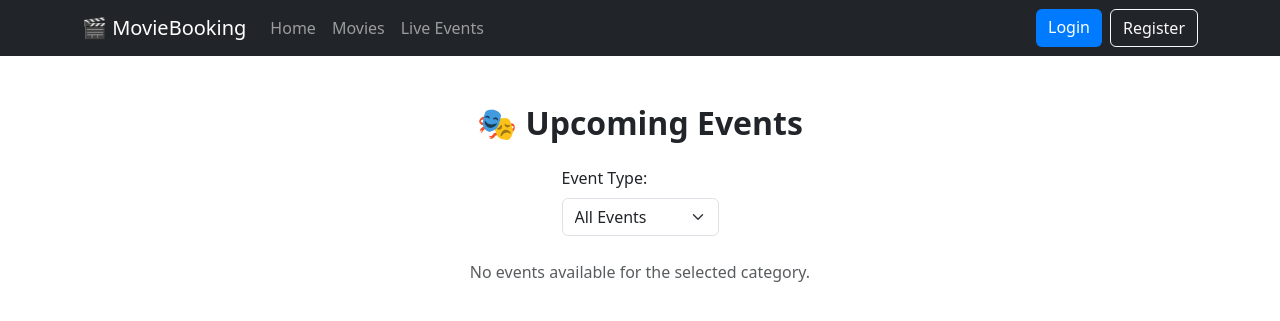
Repository: AshwinUgale/MovieBookingFrontend
Page: /events
The author's editor kept a copy of each file at every save. The page is drawn from the files as they stood at one save, then again after the next save.
The browser window is 1280 px wide. The pictures show the whole page.
The page's requests for data from a server got no answer. The project was rebuilt for these pictures with package versions that can differ from the ones it lists, and the page was loaded fresh each time. No one was signed in, and anything a server would have sent is missing. Also part of the build but not shown: src/components/HeroSection.js, src/components/TrendingMovies.js, src/components/CallToAction.js, src/components/TrendingEvents.js, src/pages/HomePage.js, src/pages/LoginPage.js, src/pages/RegisterPage.js, src/pages/DashboardPage.js and 10 more.

Above is the page before, as saved 2025-03-01 19:22:08.

### src/index.js
import React from 'react';
import ReactDOM from 'react-dom/client';
import 'bootstrap/dist/css/bootstrap.min.css';


import App from './App';


const root = ReactDOM.createRoot(document.getElementById('root'));
root.render(
  <React.StrictMode>
    <App />
  </React.StrictMode>
);

### src/App.js
import { BrowserRouter as Router, Routes, Route } from "react-router-dom";
import HomePage from "./pages/HomePage";
import LoginPage from "./pages/LoginPage";
import RegisterPage from "./pages/RegisterPage";
import DashboardPage from "./pages/DashboardPage";
import PrivateRoute from "./utils/PrivateRoute";
import MovieList from "./pages/MovieList";
import ShowtimesPage from "./pages/ShowtimesPage";
import AdminMoviePage from "./pages/AdminMoviePage";
import AdminShowtimePage from "./pages/AdminShowtimePage";
import ShowtimePage from "./pages/ShowtimePage";
import PaymentPage from "./pages/PaymentPage";
import BookingHistoryPage from "./pages/BookingHistoryPage";
import CustomNavbar from "./components/Navbar";
import AuthProvider from "./context/AuthContext";
import Events from "./pages/Events";


function App() {
  return (
    <AuthProvider>
    <Router>
      <CustomNavbar/>
      <Routes>
        {/* Public Routes */}
        <Route path="/" element={<HomePage />} />
        <Route path="/login" element={<LoginPage />} />
        <Route path="/register" element={<RegisterPage />} />
        <Route path="/movies" element={<MovieList />} />  {/* ✅ Updated path */}
        <Route path="/events" element={<Events />} />
        <Route path="/showtimes/:movieId" element={<ShowtimesPage />} />  {/* ✅ Updated path */}
        <Route path="/showtime/:showtimeId" element={<ShowtimePage />} />
        <Route path="/payment/:bookingId" element={<PaymentPage />} />

        {/* Protected Routes */}
        <Route path="/dashboard" element={<PrivateRoute component={DashboardPage} />} />
        <Route path="/admin/movies" element={<PrivateRoute component={AdminMoviePage} />} />
        <Route path="/admin/showtimes" element={<PrivateRoute component={AdminShowtimePage} />} />
        <Route path="/bookings" element={<PrivateRoute component={BookingHistoryPage} />} />
      </Routes>
    </Router>
    </AuthProvider>
  );
}

export default App;

### src/components/Navbar.js
import { Link } from "react-router-dom";
import { useContext } from "react";
import { AuthContext } from "../context/AuthContext"; // ✅ Import AuthContext
import { Navbar, Nav, Container, Button } from "react-bootstrap"; // ✅ Import Bootstrap components

const CustomNavbar = () => {
    const { isAuthenticated, logout } = useContext(AuthContext); // ✅ Use authentication state

    return (
        <Navbar bg="dark" variant="dark" expand="lg">
            <Container>
                <Navbar.Brand as={Link} to="/">🎬 MovieBooking</Navbar.Brand>
                <Navbar.Toggle aria-controls="basic-navbar-nav" />
                <Navbar.Collapse id="basic-navbar-nav">
                    <Nav className="me-auto">
                        <Nav.Link as={Link} to="/">Home</Nav.Link>
                        <Nav.Link as={Link} to="/movies">Movies</Nav.Link>
                        <Nav.Link as={Link} to="/events">Live Events</Nav.Link>
                        {isAuthenticated && <Nav.Link as={Link} to="/bookings">My Bookings</Nav.Link>}
                    </Nav>
                    <Nav>
                        {!isAuthenticated ? (
                            <>
                                <Button variant="primary" as={Link} to="/login" className="mx-2">Login</Button>
                                <Button variant="outline-light" as={Link} to="/register">Register</Button>
                            </>
                        ) : (
                            <Button variant="outline-light" onClick={logout}>Logout</Button>
                        )}
                    </Nav>
                </Navbar.Collapse>
            </Container>
        </Navbar>
    );
};

export default CustomNavbar;

### src/context/AuthContext.js
import { createContext, useState, useEffect } from "react";

export const AuthContext = createContext();

const AuthProvider = ({ children }) => {
    const [isAuthenticated, setIsAuthenticated] = useState(!!localStorage.getItem("token"));

    useEffect(() => {
        const handleStorageChange = () => {
            setIsAuthenticated(!!localStorage.getItem("token"));
        };

        window.addEventListener("storage", handleStorageChange);

        return () => {
            window.removeEventListener("storage", handleStorageChange);
        };
    }, []);

    const login = (token) => {
        localStorage.setItem("token", token);
        setIsAuthenticated(true);
    };

    const logout = () => {
        localStorage.removeItem("token");
        setIsAuthenticated(false);
    };

    return (
        <AuthContext.Provider value={{ isAuthenticated, login, logout }}>
            {children}
        </AuthContext.Provider>
    );
};

export default AuthProvider;

### src/pages/Events.js
import React, { useEffect, useState } from "react";
import { fetchEvents } from "../services/api";

const Events = () => {
  const [eventType, setEventType] = useState(""); // No default category
  const [events, setEvents] = useState([]);
  const [loading, setLoading] = useState(true);
  const [error, setError] = useState(null);

  // Fetch events when eventType changes
  useEffect(() => {
    const getEvents = async () => {
      setLoading(true);
      setError(null);

      try {
        console.log(`🎯 Fetching events for category: ${eventType || "All"}`);

        const data = await fetchEvents(eventType?.toLowerCase() || ""); // ✅ Pass category to API
        console.log("📩 Received Data:", data);

        // Remove duplicate events based on event.id
        const uniqueEvents = Array.from(
          new Map(data.map((event) => [event.id, event])).values()
        );

        setEvents(uniqueEvents);
      } catch (err) {
        console.error("❌ Error fetching events:", err);
        setError("Failed to fetch events. Please try again later.");
      }
      setLoading(false);
    };

    getEvents();
  }, [eventType]); // ✅ Fetch new events when eventType changes


  return (
    <div className="container mt-5">
      <h2 className="text-center fw-bold mb-4">🎭 Upcoming Events</h2>

      {/* Event Type Filter */}
      <div className="filters mb-4 d-flex justify-content-center gap-3">
        <div>
          <label htmlFor="eventTypeSelect" className="form-label">Event Type:</label>
          <select
            id="eventTypeSelect"
            value={eventType}
            onChange={(e) => setEventType(e.target.value.toLowerCase())} // Ensure lowercase
            className="form-select"
          >
            <option value="">All Events</option> {/* Fetch all events if no category selected */}
            <option value="music">Music</option>
            <option value="sports">Sports</option>
            <option value="theatre">Theatre</option>
            <option value="film">Film</option>
            <option value="miscellaneous">Miscellaneous</option>
          </select>
        </div>
      </div>

      {loading && <div className="text-center fs-4 fw-bold mt-4">Loading Events...</div>}
      {error && <div className="text-center text-danger mt-4">{error}</div>}

      {!loading && !error && (
        <div className="row g-4 justify-content-center">
          {events.length > 0 ? (
            events.map((event) => (
              <div key={event.id} className="col-12 col-sm-6 col-md-4 col-lg-3">
                <div className="card event-card shadow-lg border-0">
                  {/* Event Image */}
                  <div className="event-image-container">
                    <img
                      src={
                        event.images?.find((img) => img.ratio === "16_9")?.url ||
                        event.images?.[0]?.url ||
                        "/fallback-event.jpg"
                      }
                      alt={event.name}
                      className="card-img-top event-image"
                      onError={(e) => {
                        e.target.src = "/fallback-event.jpg"; // Better fallback handling
                      }}
                    />
                  </div>
                  {/* Event Details */}
                  <div className="card-body text-center">
                    <h6 className="card-title">{event.name}</h6>
                    <p className="card-text small">📍 {event._embedded?.venues?.[0]?.name || "Venue TBA"}</p>
                    <p className="card-text small">🗓 {event.dates?.start?.localDate || "Date TBA"}</p>
                    <p className="card-text small">⏰ {event.dates?.start?.localTime || "Time TBA"}</p>
                    <a
                      href={event.url}
                      target="_blank"
                      rel="noopener noreferrer"
                      className="btn btn-primary btn-sm w-100"
                    >
                      View Details
                    </a>
                  </div>
                </div>
              </div>
            ))
          ) : (
            <p className="text-center text-muted col-12">No events available for the selected category.</p>
          )}
        </div>
      )}
    </div>
  );
};

// Inject CSS Directly into the Page
const eventStyles = `
  .event-card {
    border-radius: 10px;
    overflow: hidden;
    transition: transform 0.2s ease-in-out;
  }
  .event-card:hover {
    transform: scale(1.03);
  }
  .event-image-container {
    height: 180px;
    display: flex;
    align-items: center;
    justify-content: center;
    background: #f0f0f0;
  }
  .event-image {
    width: 100%;
    height: 100%;
    object-fit: cover;
  }
  .btn-primary {
    background-color: #007bff;
    border: none;
    transition: background 0.3s ease;
  }
  .btn-primary:hover {
    background-color: #0056b3;
  }
`;

const styleTag = document.createElement("style");
styleTag.innerHTML = eventStyles;
document.head.appendChild(styleTag);

export default Events;

### src/services/api.js
import axios from "axios";

const api = axios.create({
  baseURL: "http://localhost:5000/api",
  headers: {
    "Content-Type": "application/json",
  },
});


api.interceptors.request.use((config) => {
  const token = localStorage.getItem("token");
  if (token) {
    config.headers.Authorization = `Bearer ${token}`;
  }
  return config;
});

export const fetchMovies = async () => {
  const response = await api.get("/movies");
  return response.data;
};


export const fetchShowtimes = async (movieId) => {
  const response = await api.get(`/showtimes?movie=${movieId}`);
  return response.data;
};

export const addMovie = async (movieData) => {
  const token = localStorage.getItem("token");
  const response = await api.post("/movies", movieData, {
    headers: { Authorization: `Bearer ${token}` },
  });
  return response.data;
};

export const addShowtime = async (showtimeData) => {
  const token = localStorage.getItem("token");
  const response = await api.post("/showtimes", showtimeData, {
    headers: { Authorization: `Bearer ${token}` },
  });
  return response.data;
};


export const fetchSeats = async (showtimeId) => {
  try {
    const response = await api.get(`/showtimes/${showtimeId}`);
    return response.data.availableSeats;
  } catch (error) {
    console.error("Error fetching seats:", error);
    throw error;
  }
};


export const bookSeats = async (showtimeId, seats) => {
  try {
    const response = await api.post("/bookings", { showtimeId, seats });
    return response.data;
  } catch (error) {
    console.error("Error booking seats:", error);
    throw error;
  }
};

export const mockPayment = async (bookingId) => {
  try {
      const response = await api.post("/payments/pay", { bookingId });
      return response.data;
  } catch (error) {
      console.error("Error processing mock payment:", error);
      throw error;
  }
};

export const fetchBookingHistory = async () => {
  try {
      const response = await api.get("/bookings/history");  // GET request
      return response.data;
  } catch (error) {
      console.error("Error fetching booking history:", error);
      throw error;
  }
};


export const cancelBooking = async (bookingId) => {
  try {
      const response = await api.delete(`/bookings/${bookingId}`); // DELETE request
      return response.data;
  } catch (error) {
      console.error("Error canceling booking:", error);
      throw error;
  }
};

export const fetchEvents = async (category = "") => {
  try {
    // Construct the API URL with category filter
    const url = category ? `/ticketmaster/events?category=${category}` : "/ticketmaster/events";

    console.log("🔍 Fetching events from:", url); // Debugging API request URL

    const response = await api.get(url);

    console.log("✅ Received Events Data:", response.data); // Debugging API response

    return response.data;
  } catch (error) {
    console.error("❌ Error fetching live events:", error.response?.data || error.message);
    return [];
  }
};



export default api;

Loaded but not shown: public/index.html (common file)

After the next save:
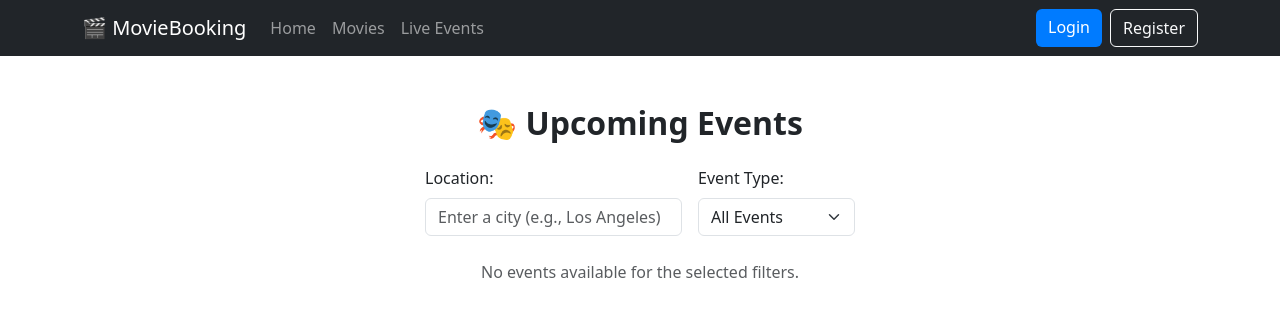
Saved 15 min 48 s later.
--- a/src/pages/Events.js
+++ b/src/pages/Events.js
@@ -3,54 +3,72 @@ import { fetchEvents } from "../services/api";
 
 const Events = () => {
   const [eventType, setEventType] = useState(""); // No default category
+  const [location, setLocation] = useState(""); // New state for city filter
   const [events, setEvents] = useState([]);
   const [loading, setLoading] = useState(true);
   const [error, setError] = useState(null);
 
-  // Fetch events when eventType changes
+  // Fetch events when eventType or location changes
   useEffect(() => {
     const getEvents = async () => {
       setLoading(true);
       setError(null);
 
+      console.log(`🎯 Fetching events for category: ${eventType || "All"}, location: ${location || "All"}`);
+
       try {
-        console.log(`🎯 Fetching events for category: ${eventType || "All"}`);
+        const data = await fetchEvents(location, eventType?.toLowerCase() || "");
+        console.log("📩 Received Data from API:", data);
 
-        const data = await fetchEvents(eventType?.toLowerCase() || ""); // ✅ Pass category to API
-        console.log("📩 Received Data:", data);
+        if (!Array.isArray(data)) {
+          console.error("🚨 API returned invalid data:", data);
+          setError("Invalid data received from the server.");
+          setLoading(false);
+          return;
+        }
 
-        // Remove duplicate events based on event.id
-        const uniqueEvents = Array.from(
-          new Map(data.map((event) => [event.id, event])).values()
-        );
-
+        const uniqueEvents = Array.from(new Map(data.map((event) => [event.id, event])).values());
         setEvents(uniqueEvents);
       } catch (err) {
         console.error("❌ Error fetching events:", err);
-        setError("Failed to fetch events. Please try again later.");
+        setError("Failed to fetch events. Please try again.");
       }
+
       setLoading(false);
     };
 
     getEvents();
-  }, [eventType]); // ✅ Fetch new events when eventType changes
-
+  }, [eventType, location]); // ✅ Fetch new events when eventType or location changes
 
   return (
     <div className="container mt-5">
       <h2 className="text-center fw-bold mb-4">🎭 Upcoming Events</h2>
 
-      {/* Event Type Filter */}
+      {/* Event Type & Location Filters */}
       <div className="filters mb-4 d-flex justify-content-center gap-3">
+        {/* Location (City) Filter */}
+        <div>
+          <label htmlFor="locationSelect" className="form-label">Location:</label>
+          <input
+            id="locationSelect"
+            type="text"
+            value={location}
+            onChange={(e) => setLocation(e.target.value)}
+            className="form-control"
+            placeholder="Enter a city (e.g., Los Angeles)"
+          />
+        </div>
+
+        {/* Event Type Filter */}
         <div>
           <label htmlFor="eventTypeSelect" className="form-label">Event Type:</label>
           <select
             id="eventTypeSelect"
             value={eventType}
-            onChange={(e) => setEventType(e.target.value.toLowerCase())} // Ensure lowercase
+            onChange={(e) => setEventType(e.target.value.toLowerCase())}
             className="form-select"
           >
-            <option value="">All Events</option> {/* Fetch all events if no category selected */}
+            <option value="">All Events</option>
             <option value="music">Music</option>
             <option value="sports">Sports</option>
             <option value="theatre">Theatre</option>
@@ -80,7 +98,7 @@ const Events = () => {
                       alt={event.name}
                       className="card-img-top event-image"
                       onError={(e) => {
-                        e.target.src = "/fallback-event.jpg"; // Better fallback handling
+                        e.target.src = "/fallback-event.jpg";
                       }}
                     />
                   </div>
@@ -103,7 +121,7 @@ const Events = () => {
               </div>
             ))
           ) : (
-            <p className="text-center text-muted col-12">No events available for the selected category.</p>
+            <p className="text-center text-muted col-12">No events available for the selected filters.</p>
           )}
         </div>
       )}
@@ -111,40 +129,4 @@ const Events = () => {
   );
 };
 
-// Inject CSS Directly into the Page
-const eventStyles = `
-  .event-card {
-    border-radius: 10px;
-    overflow: hidden;
-    transition: transform 0.2s ease-in-out;
-  }
-  .event-card:hover {
-    transform: scale(1.03);
-  }
-  .event-image-container {
-    height: 180px;
-    display: flex;
-    align-items: center;
-    justify-content: center;
-    background: #f0f0f0;
-  }
-  .event-image {
-    width: 100%;
-    height: 100%;
-    object-fit: cover;
-  }
-  .btn-primary {
-    background-color: #007bff;
-    border: none;
-    transition: background 0.3s ease;
-  }
-  .btn-primary:hover {
-    background-color: #0056b3;
-  }
-`;
-
-const styleTag = document.createElement("style");
-styleTag.innerHTML = eventStyles;
-document.head.appendChild(styleTag);
-
 export default Events;
